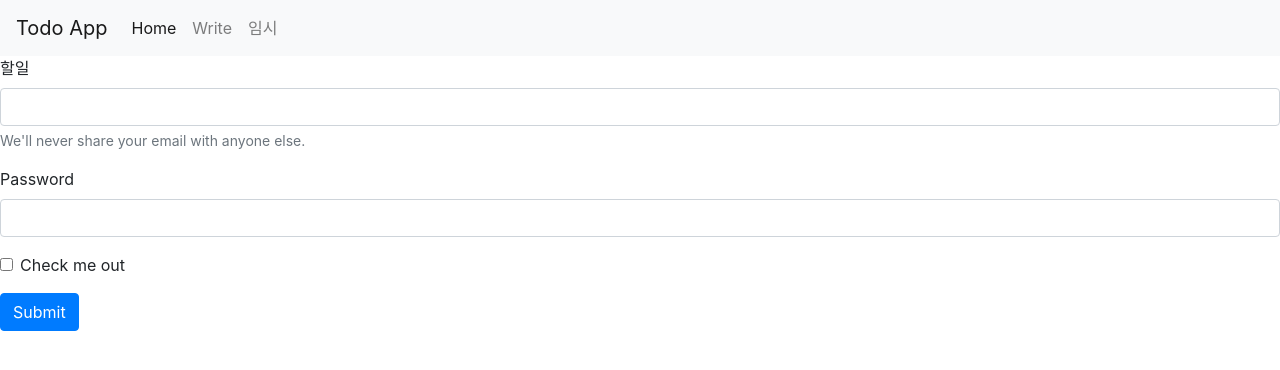
Repository: songeunleee/TodoApp
Page: write.html
These files come from the project's save history. The page is drawn as it stood at one moment and after the next save; the edit follows.
The browser window is 1280 px wide. The pictures show the whole page.

Above is the page before, as saved 2023-04-14 01:29:26.

After the next save:
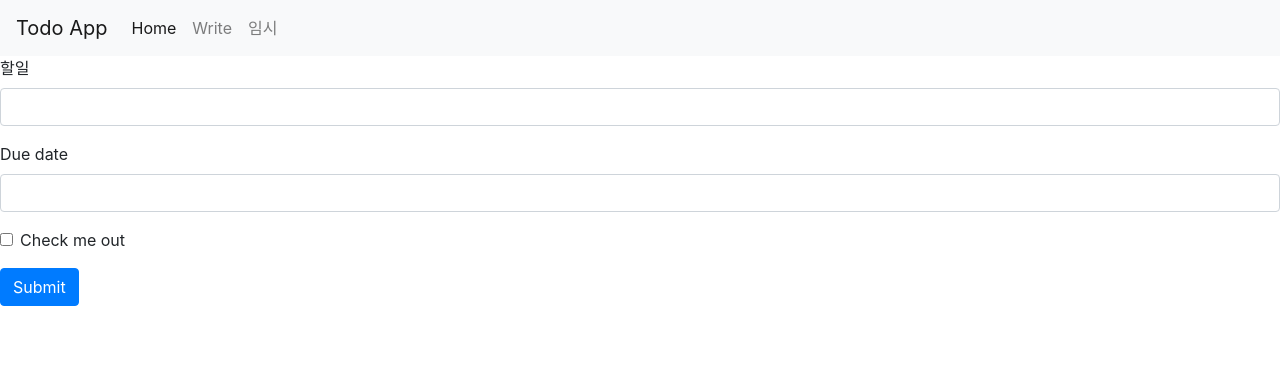
Saved 36 s later.
--- a/write.html
+++ b/write.html
@@ -37,10 +37,10 @@
         <div class="form-group">
           <label for="exampleInputEmail1">할일</label>
           <input type="email" class="form-control" id="exampleInputEmail1" aria-describedby="emailHelp">
-          <small id="emailHelp" class="form-text text-muted">We'll never share your email with anyone else.</small>
+
         </div>
         <div class="form-group">
-          <label for="exampleInputPassword1">Password</label>
+          <label for="exampleInputPassword1">Due date</label>
           <input type="password" class="form-control" id="exampleInputPassword1">
         </div>
         <div class="form-group form-check">
